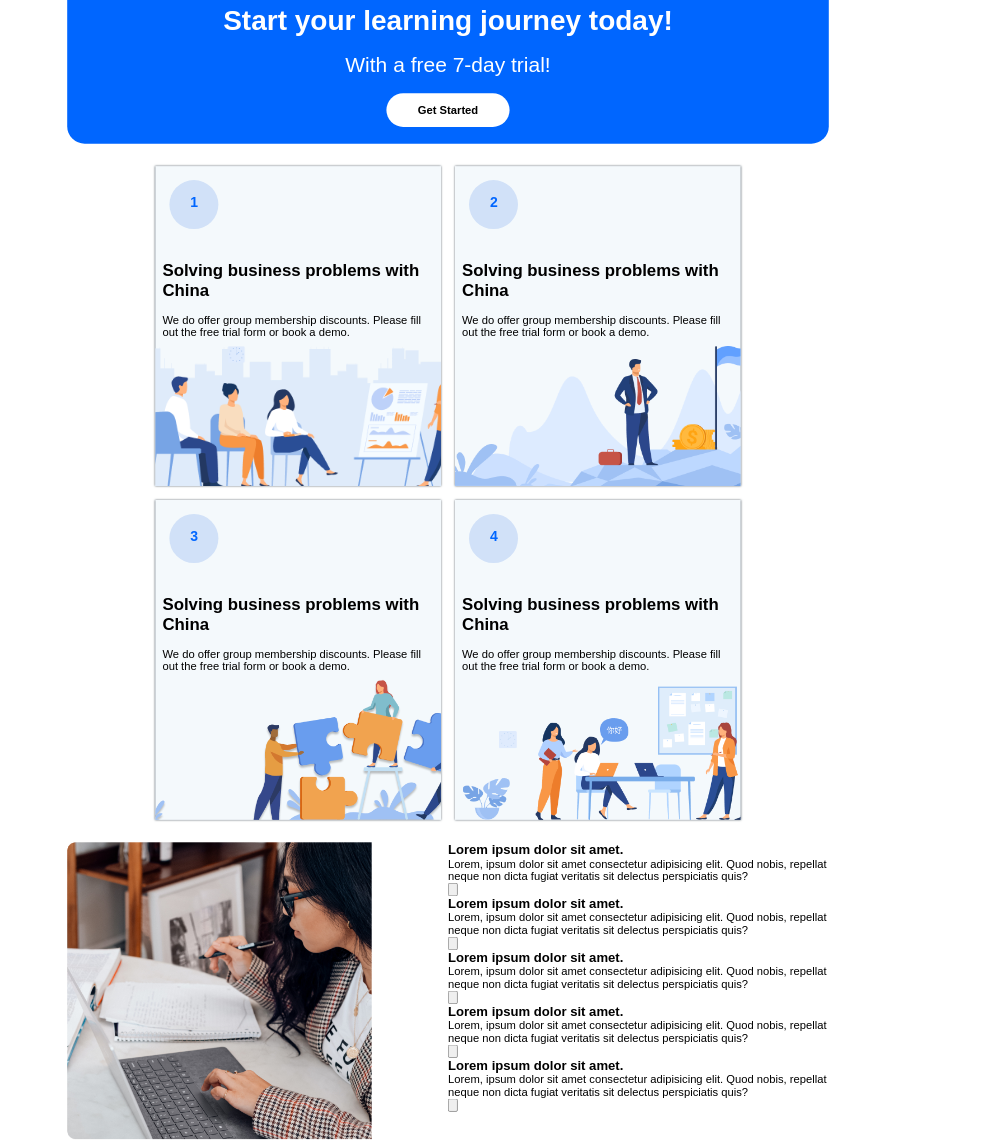
Repository: BinhIT/ChineseLearn
Page: index.html
An editor plug-in stored every save of this project. The page is shown before and after the next save, followed by the edit.
The browser window is 1280 px wide. The page is 1436 px wide, so the pictures cover 1436 px, including what lies to the right of the window. The pictures show the part of the page from y = 2635 to 4355 px (the page is 4267 px tall before and 4355 px after), at 70% of full size.

Above is the page before, as saved 2023-03-02 08:29:16.
Console error: ReferenceError: $ is not defined

After the next save:
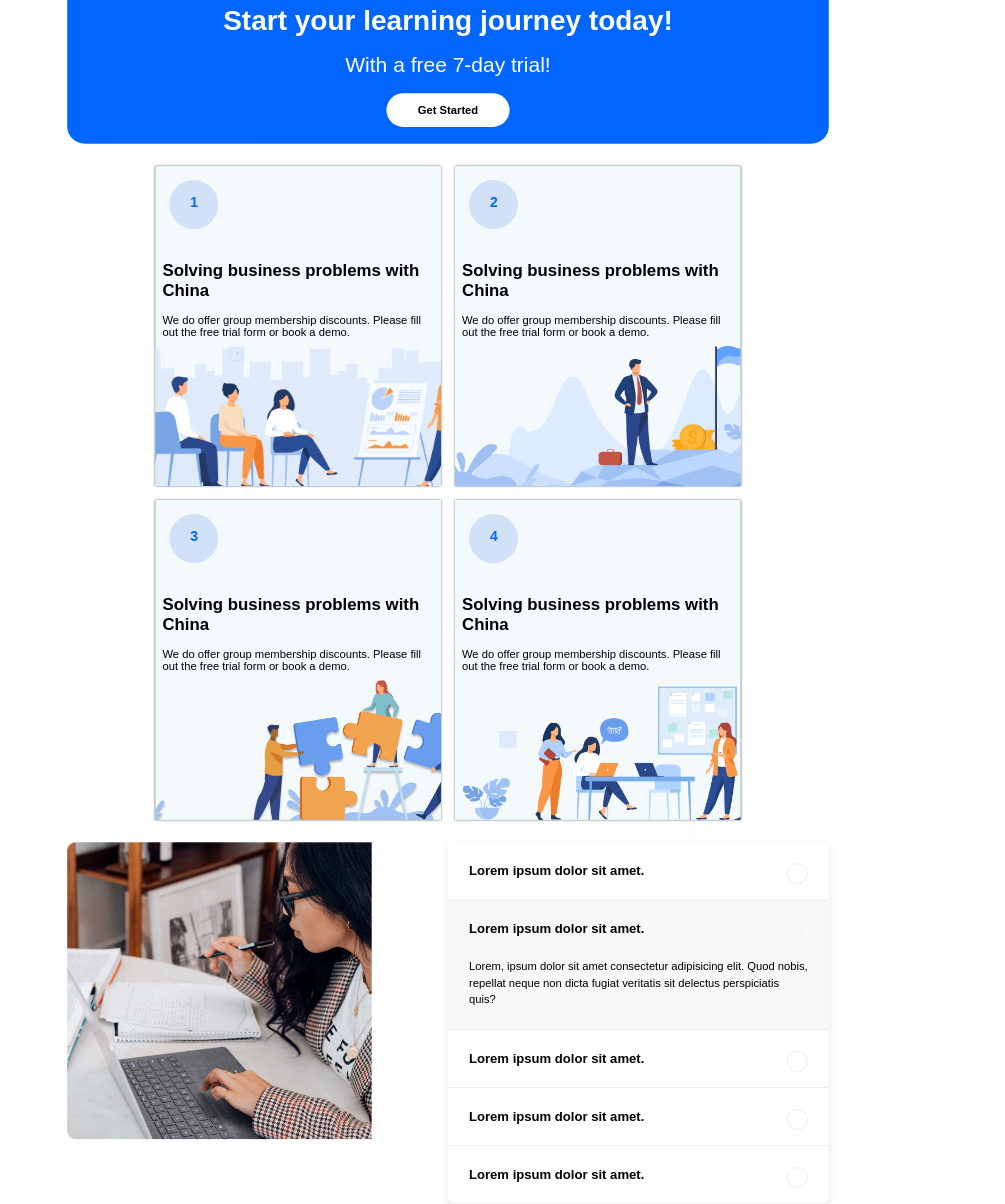
Saved 26 s later.
--- a/css/QA.css
+++ b/css/QA.css
@@ -11,3 +11,77 @@
     border-bottom: 2px solid var(--clr-gray-med);
     line-height: 2em;
 }
+
+.faq-container {
+    max-width: 600px;
+    margin: 0 auto;
+    border-radius: 10px;
+    background-color: #fff;
+    overflow: hidden;
+    box-shadow: rgba(0, 0, 0, 0.1) 0px 4px 12px;
+}
+
+.faq {
+    box-sizing: border-box;
+    background: transparent;
+    padding: 30px;
+    position: relative;
+    overflow: hidden;
+}
+
+.faq:not(:first-child) {
+    border-top: 1px solid #e6e6e6;
+}
+
+.faq-title {
+    margin: 0 35px 0 0;
+}
+
+.faq-text {
+    margin: 30px 0 0;
+    display: none;
+    line-height: 1.5rem;
+}
+
+.faq.active {
+    background-color: #f8f8f8;
+    box-shadow: inset 4px 0px 0px 0px var(--accent-color);
+}
+
+.faq.active .faq-title {
+    color: var(--accent-color);
+}
+
+.faq.active .faq-text {
+    display: block;
+}
+
+.faq-toggle {
+    background-color: transparent;
+    border: 1px solid #e6e6e6;
+    color: inherit;
+    border-radius: 50%;
+    cursor: pointer;
+    display: flex;
+    align-items: center;
+    justify-content: center;
+    font-size: 16px;
+    padding-top: 3px;
+    position: absolute;
+    top: 30px;
+    right: 30px;
+    height: 30px;
+    width: 30px;
+    transition: 0.3s ease;
+}
+
+.faq-toggle:focus {
+    outline: none;
+}
+
+.faq.active .faq-toggle {
+    transform: rotate(180deg);
+    background-color: var(--accent-color);
+    border-color: var(--accent-color);
+    color: #fff;
+}
